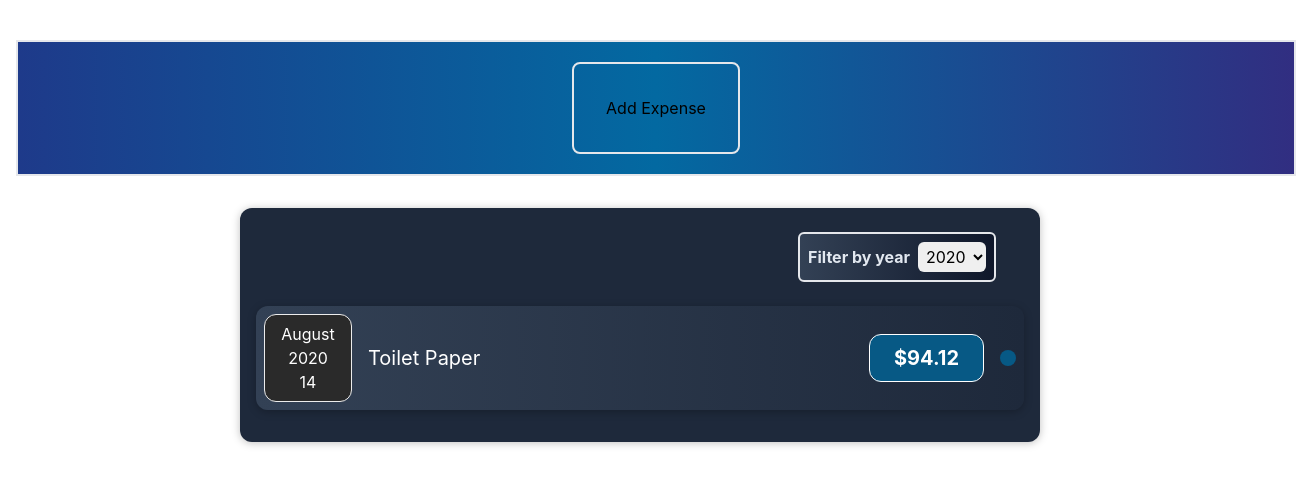
Repository: Sef24/expense-tracker
Page: /
These files come from the project's save history. The page is drawn as it stood at one moment and after the next save; the edit follows.
The browser window is 1280 px wide. The page is 1296 px wide, then 1280 px, so the pictures cover 1296 px, including what lies to the right of the window. The pictures show the whole page.
The project was rebuilt for these pictures with package versions that can differ from the ones it lists, and the page was loaded fresh each time. Also part of the build but not shown: src/components/NewExpense/NewExpense.css, src/components/NewExpense/ExpenseForm.css, src/components/NewExpense/ExpenseForm.js.

Above is the page before, as saved 2022-05-03 16:34:10.

After the next save:
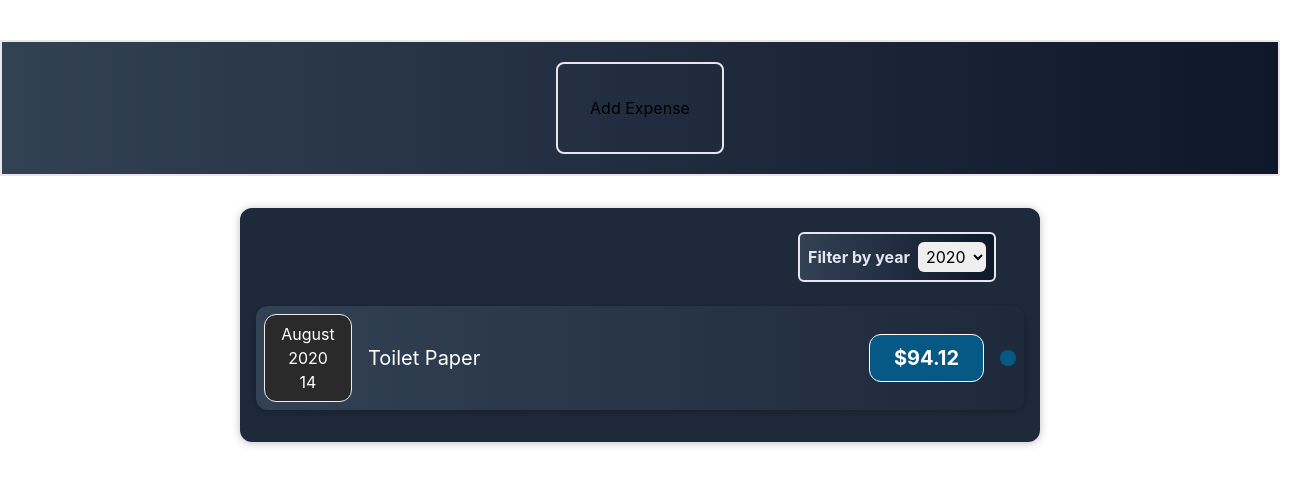
Saved 58 s later.
--- a/src/components/NewExpense/NewExpense.js
+++ b/src/components/NewExpense/NewExpense.js
@@ -27,7 +27,7 @@ function NewExpense(props) {
   return (
     <div
       className="flex w-full p-5 mt-10 items-center justify-center border-2
-    bg-gradient-to-r from-blue-900 via-sky-700 to-indigo-900 ... m-4"
+      bg-gradient-to-r from-slate-700 to-slate-900 ..."
     >
       {!isEditing && (
         <button
